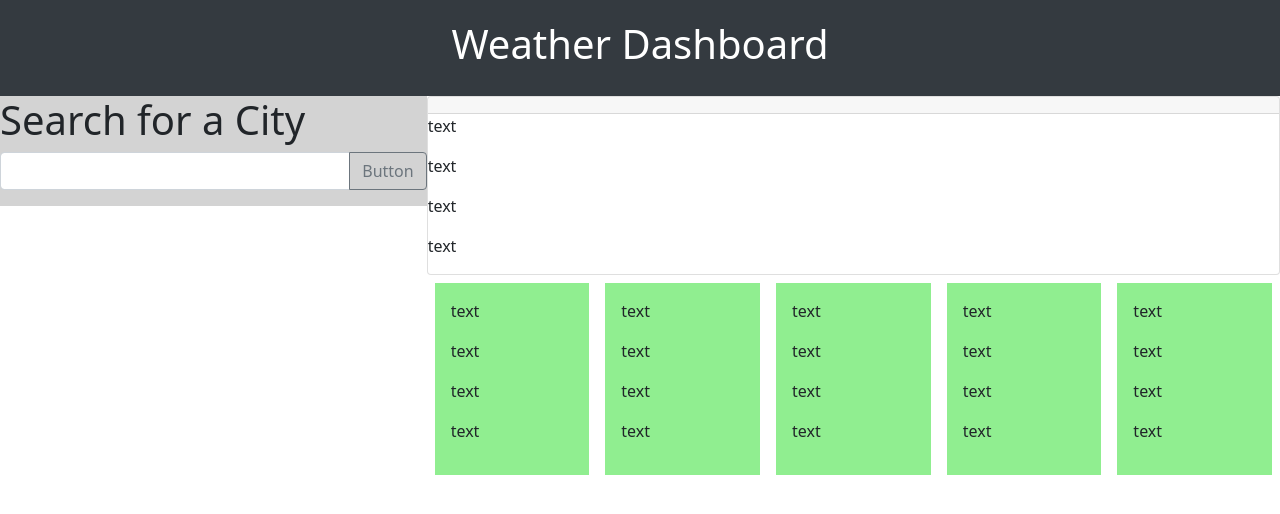
Repository: ziffoit/Weather_Dashboard
Page: index.html
The author's editor kept a copy of each file at every save. The page is drawn from the files as they stood at one save, then again after the next save.
The browser window is 1280 px wide. The pictures show the whole page.

Above is the page before, as saved 2021-03-26 10:47:07.
Console error: SyntaxError: Unexpected identifier 'name'

After the next save:
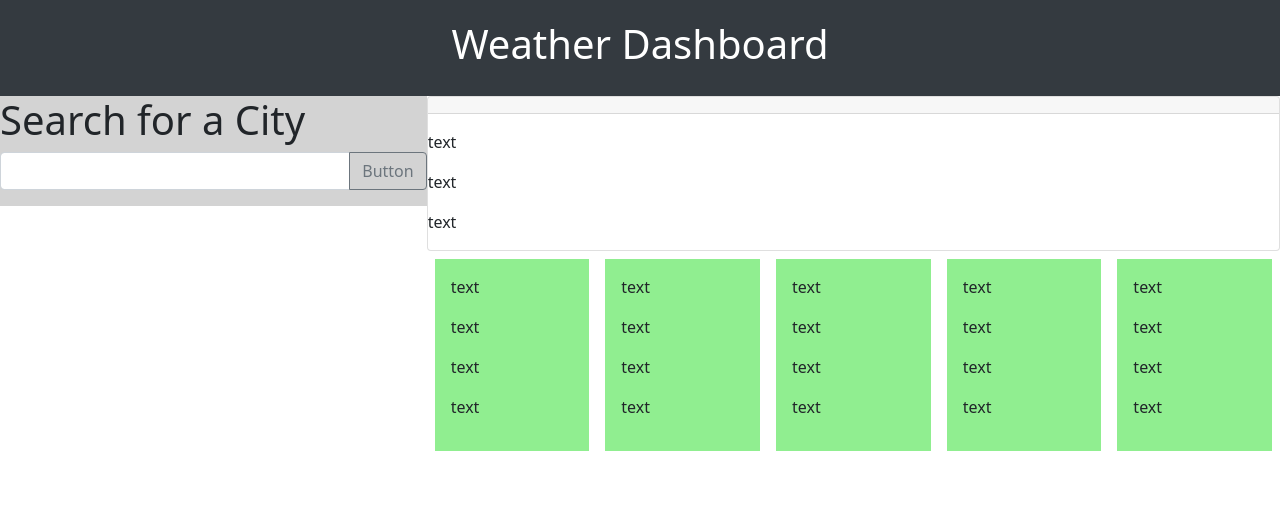
Saved 58 s later.
--- a/index.html
+++ b/index.html
@@ -34,7 +34,7 @@
         <div class="card">
           <h2 class="card-header" id="nameDate"></h5>
           <div class="">
-            <p id="temp">text</p>
+            <p id="temp"></p>
             <p>text</p>
             <p>text</p>
             <p>text</p>
